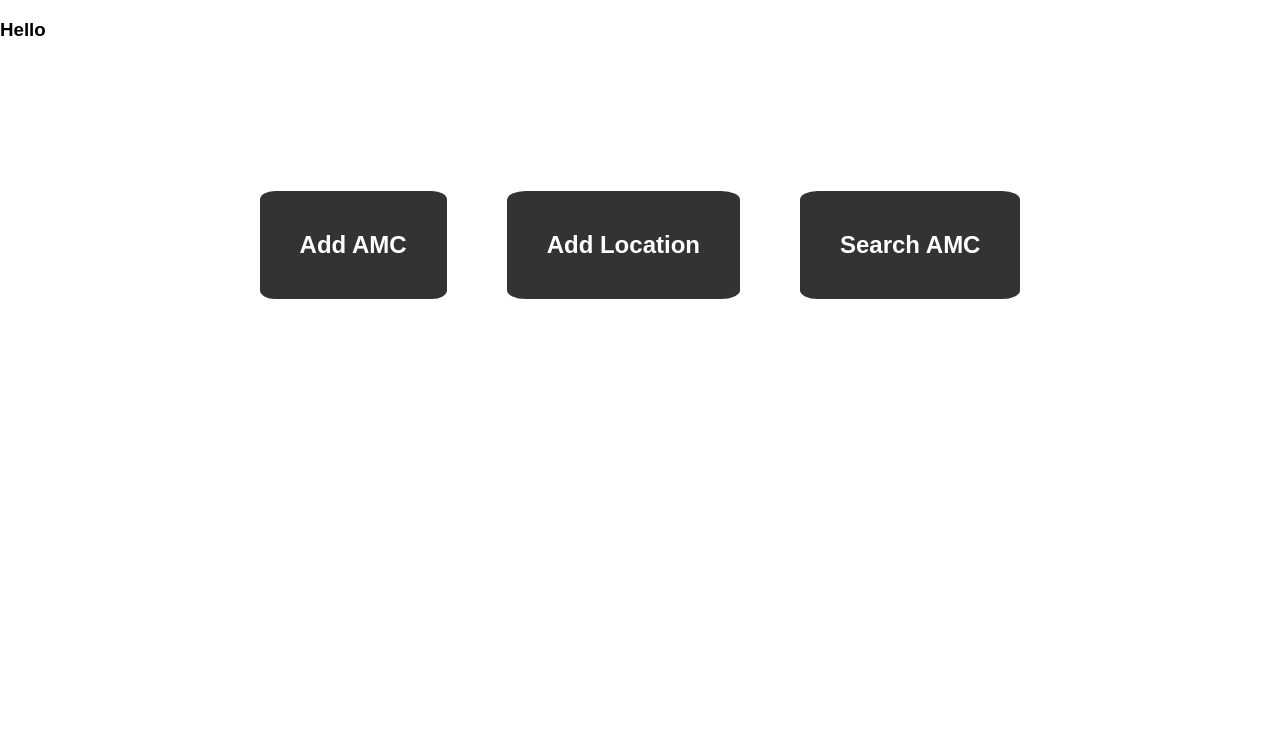
Repository: SJagadesh123/material-inspection01
Page: http://localhost/material_inspection/views/home-page.jsp
These files come from the project's save history. The page is drawn as it stood at one moment and after the next save; the edit follows.
The browser window is 1280 px wide. The pictures show the whole page.
The page is served by Tomcat 10. Other server files are loaded and not shown.

Above is the page before, as saved 2024-02-03 14:31:40.
Not found: material inspection/material_inspection/webjars/bootstrap/5.3.2/css/bootstrap.min.css
Not found: material inspection/material_inspection/webjars/bootstrap/5.3.2/js/bootstrap.min.js
Not found: material inspection/material_inspection/webjars/jquery/3.6.0/jquery.min.js

### material inspection/material_inspection/src/main/webapp/views/home-page.jsp
<%@ page language="java" contentType="text/html; charset=ISO-8859-1"
	pageEncoding="ISO-8859-1"%>
<%-- <%@ include file="header.jsp" %> --%>
<!DOCTYPE html>
<html>
<head>
<meta charset="ISO-8859-1">
<link rel="stylesheet" href="CSS/home-style.css">
<link rel="stylesheet" href="/webjars/bootstrap/5.3.2/css/bootstrap.min.css">
<title>Home Page</title>
</head>

<body class="container">

  <h3>Hello ${user.userName.toUpperCase()}</h3>

  <ul class="nav">
    <li class="nav-item">
      <a class="nav-link" href="add-amc.jsp">Add AMC</a>
    </li>
    <li class="nav-item">
      <a class="nav-link" href="add-loc.jsp">Add Location</a>
    </li>
    <li class="nav-item">
      <a class="nav-link" href="search-amc.jsp">Search AMC</a>
    </li>
  </ul>

  <script src="/webjars/jquery/3.6.0/jquery.min.js"></script>
  <script src="/webjars/popper.js/2.10.2/umd/popper.min.js"></script>
  <script src="/webjars/bootstrap/5.3.2/js/bootstrap.min.js"></script>

</body>
</html>

### material inspection/material_inspection/src/main/webapp/css/home-style.css
@charset "ISO-8859-1";

body {
	font-family: Arial, sans-serif;
	font-size: 30;
	margin: 0;
	padding: 0;
	min-height: 100vh;
}


ul {
	list-style-type: none;
	margin: 0;
	margin-top: 120px;
	padding: 0;
	display: flex;
	justify-content: center;
}

li {
	margin: 30px;
}

li a {
	display: block;
	caret-shape: bar;
	color: white;
	text-align: center;
	padding: 40px;
	text-decoration: none;
	background-color: #333;
	border-radius: 8%;
	font-size: 24px;
	font-weight: bold;
}

li a:hover {
	background-color: #3494e6;
}

nav {
	background-color: #000080;
	color: white;
	padding: 15px;
	display: flex;
	justify-content: space-between;
	align-items: center;

}

#logo {
	margin-right: auto;
}

#home-logout {
	margin-left: auto;
}

nav a {
	color: white;
	text-decoration: none;
	margin: 0 15px;
}

After the next save:
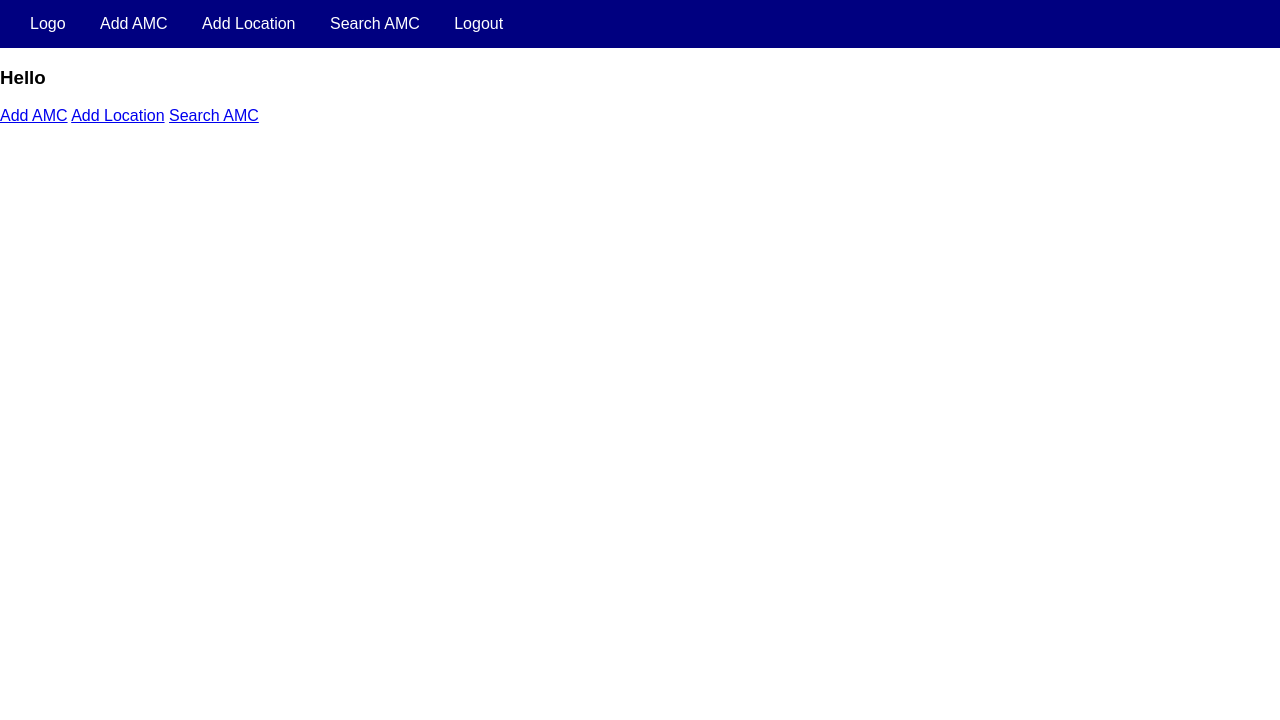
Saved 5 min 39 s later.
--- a/material inspection/material_inspection/src/main/webapp/views/home-page.jsp
+++ b/material inspection/material_inspection/src/main/webapp/views/home-page.jsp
@@ -10,25 +10,28 @@
 <title>Home Page</title>
 </head>
 
-<body class="container">
+<body>
 
-  <h3>Hello ${user.userName.toUpperCase()}</h3>
+<nav class="navbar bg-primary text-white">
+    <div class="container">
+        <div class="navbar-nav">
+            <a class="nav-item nav-link" href="#logo">Logo</a>
+            <a class="nav-item nav-link" href="#">Add AMC</a>
+            <a class="nav-item nav-link" href="#">Add Location</a>
+            <a class="nav-item nav-link" href="#">Search AMC</a>
+            <a class="nav-item nav-link" href="#home-logout">Logout</a>
+        </div>
+    </div>
+</nav>
 
-  <ul class="nav">
-    <li class="nav-item">
-      <a class="nav-link" href="add-amc.jsp">Add AMC</a>
-    </li>
-    <li class="nav-item">
-      <a class="nav-link" href="add-loc.jsp">Add Location</a>
-    </li>
-    <li class="nav-item">
-      <a class="nav-link" href="search-amc.jsp">Search AMC</a>
-    </li>
-  </ul>
-
-  <script src="/webjars/jquery/3.6.0/jquery.min.js"></script>
-  <script src="/webjars/popper.js/2.10.2/umd/popper.min.js"></script>
-  <script src="/webjars/bootstrap/5.3.2/js/bootstrap.min.js"></script>
+<div class="container mt-5 text-center">
+    <h3>Hello ${user.userName.toUpperCase()}</h3>
+    <div class="btn-group">
+        <a href="add-amc.jsp" class="btn btn-dark">Add AMC</a>
+        <a href="add-loc.jsp" class="btn btn-dark">Add Location</a>
+        <a href="search-amc.jsp" class="btn btn-dark">Search AMC</a>
+    </div>
+</div>
 
 </body>
 </html>
